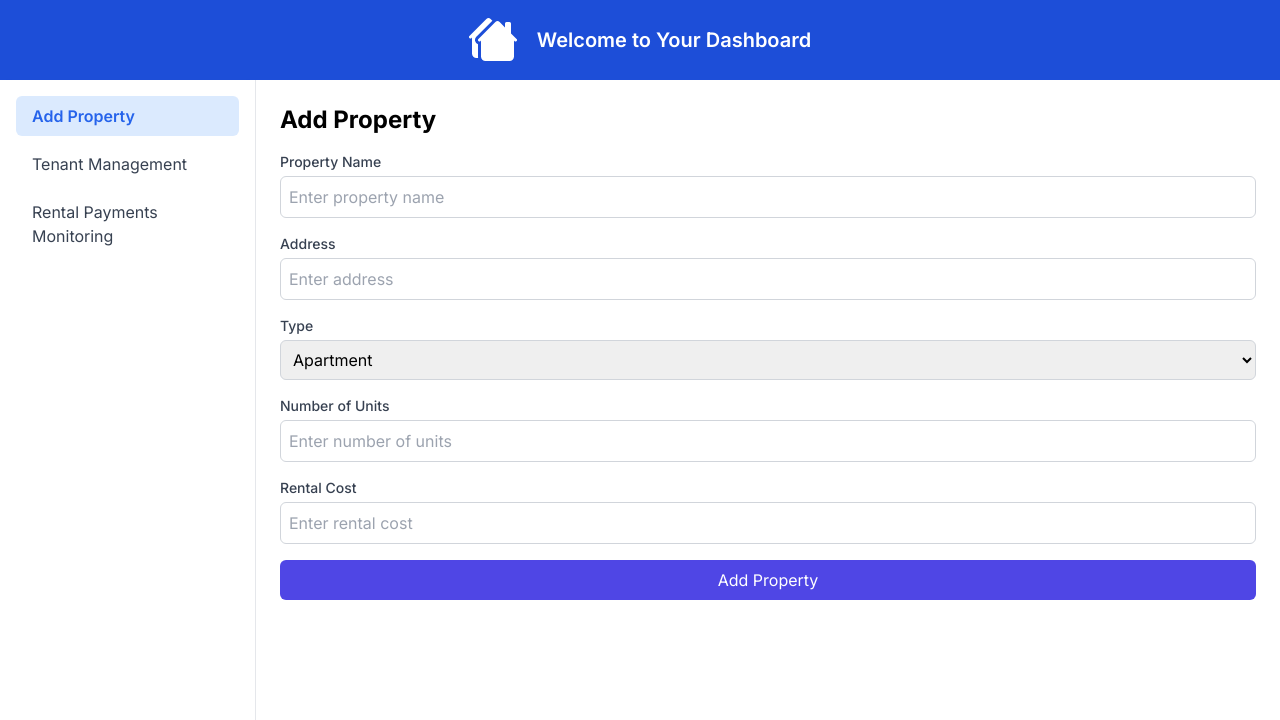
Repository: NassimeElkamari/Horizon-Housing
Page: /dashboard
These files come from the project's save history. The page is drawn as it stood at one moment and after a run of saves; the edit follows.
The browser window is 1280 px wide. The pictures show the whole page.
The project was rebuilt for these pictures with package versions that can differ from the ones it lists, and the page was loaded fresh each time. The framework's server and built-in components were replaced by stand-ins that run in the browser. Also part of the build but not shown: next.config.mjs, src/components/TenantManagement.tsx, src/components/PropertiesTable.tsx, src/components/RentalPaymentsMonitoring.tsx.

Above is the page before, as saved 2024-08-28 21:02:08.

### src/app/dashboard/page.tsx
'use client';

import AddProperty from '@/components/AddProperty';
import PropertiesTable from '@/components/PropertiesTable';
import RentalPaymentsMonitoring from '@/components/RentalPaymentsMonitoring';
import TenantManagement from '@/components/TenantManagement';
import { useState } from 'react';
import { BsFillHousesFill } from "react-icons/bs";


const DashboardPage = () => {
  const [currentSection, setCurrentSection] = useState<'properties' | 'tenants' | 'payments'>('properties');

  return (
    <div className="min-h-screen flex flex-col bg-gray-50">
      <header className="bg-blue-700 text-white p-4 shadow-md flex justify-center items-center gap-5">
        <BsFillHousesFill color='white' className='w-12 h-12'/>
        <h1 className="text-xl font-semibold text-center">Welcome to Your Dashboard</h1>
      </header>

      <div className="flex flex-1">
        <aside className="bg-white w-64 p-4 shadow-md border-r border-gray-200">
          <nav>
            <ul className="space-y-2">
              <li>
                <button
                  className={`w-full text-left py-2 px-4 rounded-md transition-colors ${currentSection === 'properties' ? 'bg-blue-100 text-blue-600 font-semibold' : 'hover:bg-blue-50 text-gray-700'}`}
                  onClick={() => setCurrentSection('properties')}
                >
                  Add Property
                </button>
              </li>
              <li>
                <button
                  className={`w-full text-left py-2 px-4 rounded-md transition-colors ${currentSection === 'tenants' ? 'bg-blue-100 text-blue-600 font-semibold' : 'hover:bg-blue-50 text-gray-700'}`}
                  onClick={() => setCurrentSection('tenants')}
                >
                  Tenant Management
                </button>
              </li>
              <li>
                <button
                  className={`w-full text-left py-2 px-4 rounded-md transition-colors ${currentSection === 'payments' ? 'bg-blue-100 text-blue-600 font-semibold' : 'hover:bg-blue-50 text-gray-700'}`}
                  onClick={() => setCurrentSection('payments')}
                >
                  Rental Payments Monitoring
                </button>
              </li>
            </ul>
          </nav>
        </aside>

        <main className="flex-1 p-6 bg-white">
          {currentSection === 'properties' && <AddProperty />}
          {currentSection === 'tenants' && <PropertiesTable />}
          {currentSection === 'payments' && <RentalPaymentsMonitoring />}
        </main>
      </div>
    </div>
  );
};

export default DashboardPage;

### src/components/AddProperty.tsx
'use client';

import { useState } from 'react';

const AddProperty = () => {
  const [name, setName] = useState('');
  const [address, setAddress] = useState('');
  const [type, setType] = useState('apartment');
  const [units, setUnits] = useState<number | ''>('');
  const [rentalCost, setRentalCost] = useState<number | ''>('');
  const [error, setError] = useState('');

  const handleSubmit = async (e: React.FormEvent) => {
    e.preventDefault();
    setError('');

    // Ensure units and rentalCost are converted to numbers before sending the request
    const parsedUnits = units === '' ? null : parseInt(units.toString());
    const parsedRentalCost = rentalCost === '' ? null : parseFloat(rentalCost.toString());

    if (parsedUnits === null || parsedRentalCost === null) {
      setError('Please provide valid numbers for units and rental cost.');
      return;
    }

    const response = await fetch('/api/properties', {
      method: 'POST',
      headers: {
        'Content-Type': 'application/json',
      },
      body: JSON.stringify({
        name,
        address,
        type,
        number_of_units: parsedUnits,
        rental_cost: parsedRentalCost,
      }),
    });

    const data = await response.json();

    if (response.ok) {
      alert('Property added successfully!');
      setName('');
      setAddress('');
      setType('apartment');
      setUnits('');
      setRentalCost('');
    } else {
      setError(data.message || 'Error adding property');
    }
  };

  return (
    <div>
      <h2 className="text-2xl font-bold mb-4">Add Property</h2>
      {error && <p className="text-red-500 mb-4">{error}</p>}
      <form onSubmit={handleSubmit} className="space-y-4">
        <div>
          <label htmlFor="name" className="block text-sm font-medium text-gray-700">Property Name</label>
          <input
            id="name"
            type="text"
            value={name}
            onChange={(e) => setName(e.target.value)}
            className="mt-1 w-full p-2 border border-gray-300 rounded-md text-black"
            placeholder="Enter property name"
            required
          />
        </div>
        <div>
          <label htmlFor="address" className="block text-sm font-medium text-gray-700">Address</label>
          <input
            id="address"
            type="text"
            value={address}
            onChange={(e) => setAddress(e.target.value)}
            className="mt-1 w-full p-2 border border-gray-300 text-black rounded-md"
            placeholder="Enter address"
            required
          />
        </div>
        <div>
          <label htmlFor="type" className="block text-sm font-medium text-gray-700">Type</label>
          <select
            id="type"
            value={type}
            onChange={(e) => setType(e.target.value)}
            className="mt-1 w-full p-2 border border-gray-300 text-black rounded-md"
            required
          >
            <option value="apartment">Apartment</option>
            <option value="house">House</option>
          </select>
        </div>
        <div>
          <label htmlFor="units" className="block text-sm font-medium text-gray-700">Number of Units</label>
          <input
            id="units"
            type="number"
            value={units === '' ? '' : units}
            onChange={(e) => setUnits(e.target.value === '' ? '' : Number(e.target.value))}
            className="mt-1 w-full p-2 border text-black border-gray-300 rounded-md"
            placeholder="Enter number of units"
            required
          />
        </div>
        <div>
          <label htmlFor="rentalCost" className="block text-sm font-medium text-gray-700">Rental Cost</label>
          <input
            id="rentalCost"
            type="number"
            value={rentalCost === '' ? '' : rentalCost}
            onChange={(e) => setRentalCost(e.target.value === '' ? '' : Number(e.target.value))}
            className="mt-1 w-full p-2 border text-black border-gray-300 rounded-md"
            placeholder="Enter rental cost"
            required
          />
        </div>
        <button
          type="submit"
          className="w-full bg-indigo-600 text-white py-2 px-4 rounded-md hover:bg-indigo-700"
        >
          Add Property
        </button>
      </form>
    </div>
  );
};

export default AddProperty;

Loaded but not shown: src/app/layout.tsx (common file); src/app/globals.css (common file); tailwind.config.ts (common file)

After the next 2 saves:
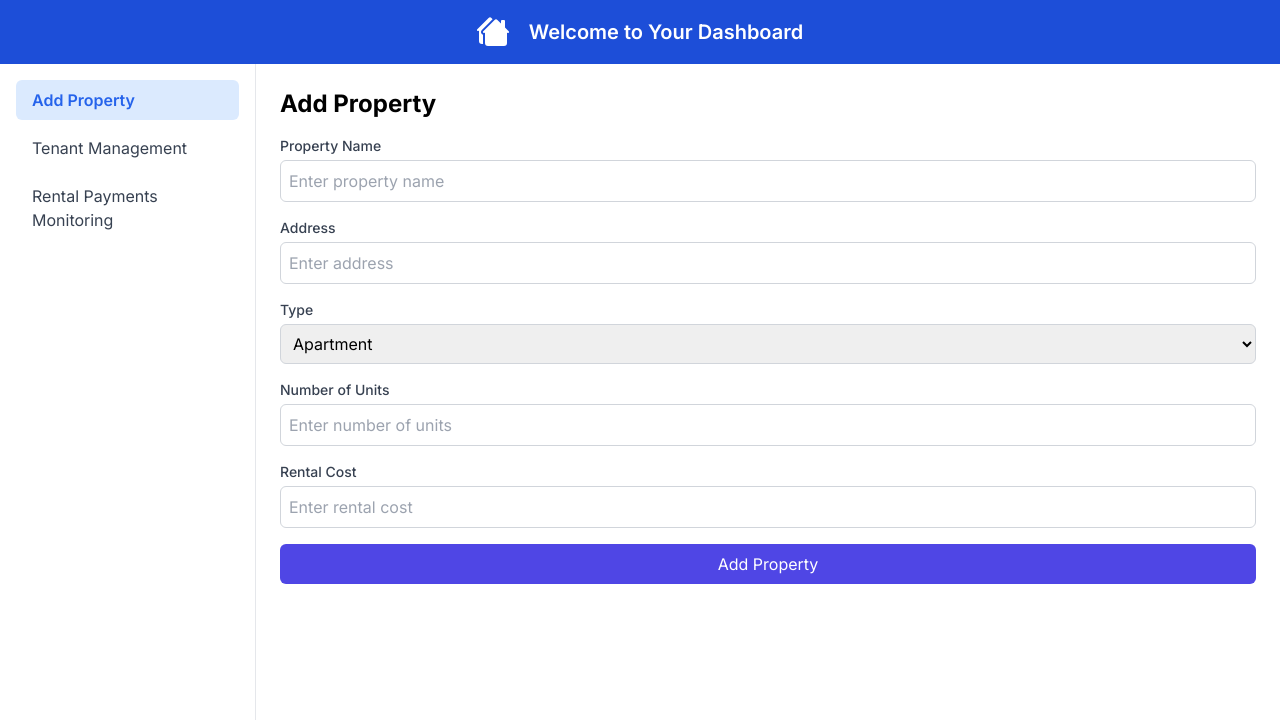
The 2 saves are shown as one change because they came seconds apart.
The last was saved 8 s later.
--- a/src/app/dashboard/page.tsx
+++ b/src/app/dashboard/page.tsx
@@ -14,7 +14,7 @@ const DashboardPage = () => {
   return (
     <div className="min-h-screen flex flex-col bg-gray-50">
       <header className="bg-blue-700 text-white p-4 shadow-md flex justify-center items-center gap-5">
-        <BsFillHousesFill color='white' className='w-12 h-12'/>
+        <BsFillHousesFill color='white' className='w-8 h-8'/>
         <h1 className="text-xl font-semibold text-center">Welcome to Your Dashboard</h1>
       </header>
 
